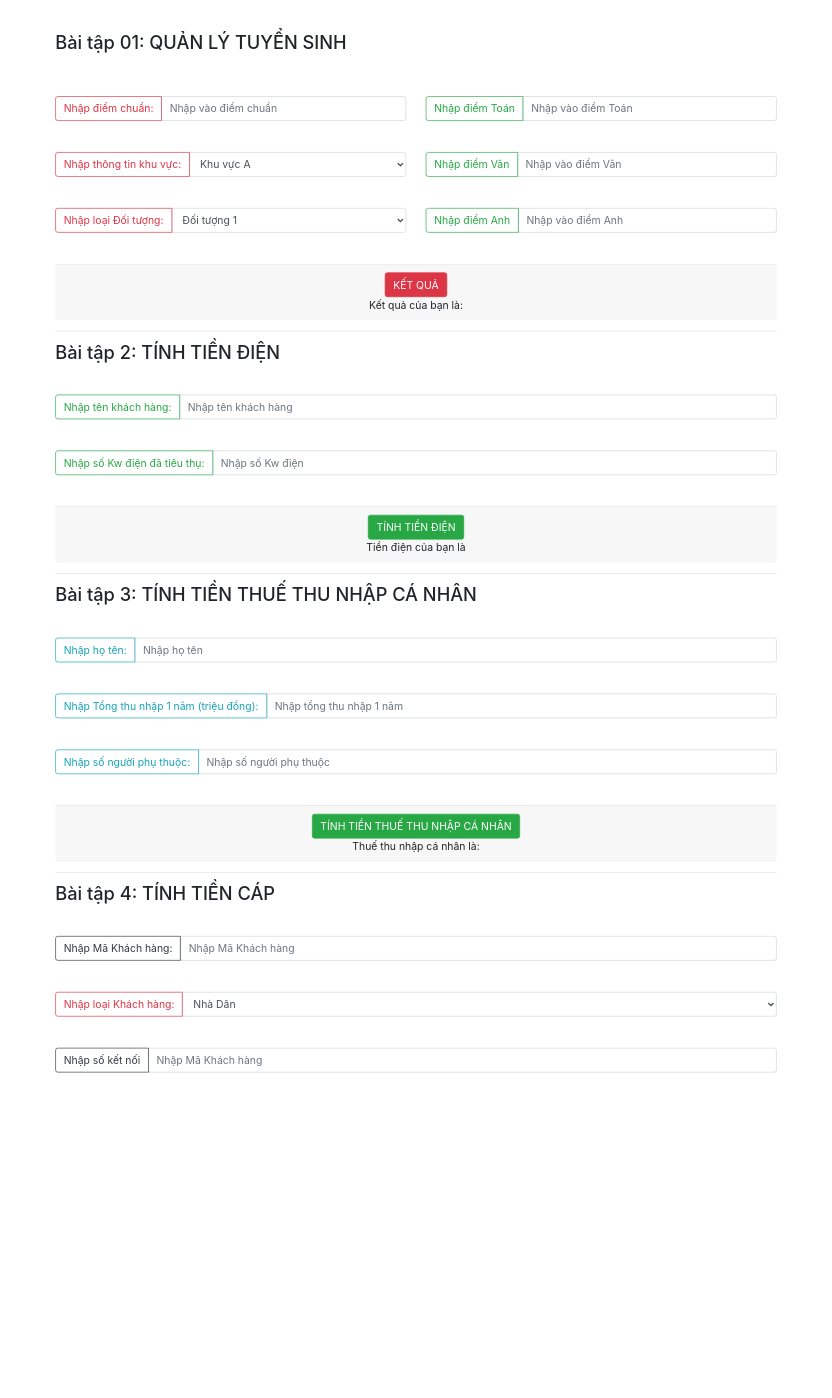
Repository: ducdatit2002/javascript-tinh-day15
Page: index.html
The author's editor kept a copy of each file at every save. The page is drawn from the files as they stood at one save, then again after a run of saves.
The browser window is 1280 px wide. The pictures show the whole page, at 65% of full size.

Above is the page before, as saved 2023-08-20 21:40:17.

### index.html
<!DOCTYPE html>
<html lang="en">
  <head>
    <title>HOMEWORK BUỔI 15 - JAVASCRIPT</title>
    <!-- Required meta tags -->
    <meta charset="utf-8" />
    <meta
      name="viewport"
      content="width=device-width, initial-scale=1, shrink-to-fit=no"
    />

    <!-- Bootstrap CSS -->
    <link
      rel="stylesheet"
      href="https://stackpath.bootstrapcdn.com/bootstrap/4.3.1/css/bootstrap.min.css"
      integrity="sha384-ggOyR0iXCbMQv3Xipma34MD+dH/1fQ784/j6cY/iJTQUOhcWr7x9JvoRxT2MZw1T"
      crossorigin="anonymous"
    />
  </head>
  <body>
    <div class="container" style="margin-bottom: 500px; margin-top: 50px">
      <div class="baiTap1">
        <h3>Bài tập 01: QUẢN LÝ TUYỂN SINH</h3>
        <div class="row mt-3">
          <div class="col-6">
            <div class="input-group mt-5">
              <div class="input-group-prepend">
                <button class="btn btn-outline-danger">Nhập điểm chuẩn:</button>
              </div>
              <input
                type="number"
                class="form-control"
                id="diemChuan"
                placeholder="Nhập vào điểm chuẩn"
              />
            </div>
            <div class="input-group mt-5">
              <div class="input-group-prepend">
                <button class="btn btn-outline-danger">
                  Nhập thông tin khu vực:
                </button>
              </div>
              <select id="khuVuc" class="form-control">
                <option value="A">Khu vực A</option>
                <option value="B">Khu vực B</option>
                <option value="C">Khu vực C</option>
              </select>
            </div>
            <div class="input-group mt-5">
              <div class="input-group-prepend">
                <button class="btn btn-outline-danger">
                  Nhập loại Đối tượng:
                </button>
              </div>
              <select id="doiTuong" class="form-control">
                <option value="1">Đối tượng 1</option>
                <option value="2">Đối tượng 2</option>
                <option value="3">Đối tượng 3</option>
              </select>
            </div>
          </div>
          <div class="col-6">
            <div class="input-group mt-5">
              <div class="input-group-prepend">
                <button class="btn btn-outline-success">Nhập điểm Toán</button>
              </div>
              <input
                type="number"
                class="form-control"
                id="diemToan"
                placeholder="Nhập vào điểm Toán"
              />
            </div>
            <div class="input-group mt-5">
              <div class="input-group-prepend">
                <button class="btn btn-outline-success">Nhập điểm Văn</button>
              </div>
              <input
                type="number"
                class="form-control"
                id="diemVan"
                placeholder="Nhập vào điểm Văn"
              />
            </div>
            <div class="input-group mt-5">
              <div class="input-group-prepend">
                <button class="btn btn-outline-success">Nhập điểm Anh</button>
              </div>
              <input
                type="number"
                class="form-control"
                id="diemAnh"
                placeholder="Nhập vào điểm Anh"
              />
            </div>
          </div>
        </div>
        <div class="card-footer text-center mt-5">
          <button id="btnKetQua" class="btn btn-danger">KẾT QUẢ</button>
          <br />
          <span id="ketQua" class="mt-2 display-5">Kết quả của bạn là: </span>
        </div>
      </div>
      <hr />
      <div class="baiTap2">
        <h3>Bài tập 2: TÍNH TIỀN ĐIỆN</h3>
        <div class="input-group mt-5">
          <div class="input-group-prepend">
            <button class="btn btn-outline-success">
              Nhập tên khách hàng:
            </button>
          </div>
          <input
            type="text"
            class="form-control"
            id="tenKhachHang"
            placeholder="Nhập tên khách hàng"
          />
        </div>
        <div class="input-group mt-5">
          <div class="input-group-prepend">
            <button class="btn btn-outline-success">
              Nhập số Kw điện đã tiêu thụ:
            </button>
          </div>
          <input
            type="number"
            class="form-control"
            id="SoKwTieuThu"
            placeholder="Nhập số Kw điện"
          />
        </div>
        <div class="card-footer text-center mt-5">
          <button id="btnTinhTienDien" class="btn btn-success">
            TÍNH TIỀN ĐIỆN
          </button>
          <br />
          <span id="TienDien" class="mt-2 display-5"
            >Tiền điện của bạn là
          </span>
        </div>
      </div>
      <hr />
      <div class="baiTap3">
        <h3>Bài tập 3: TÍNH TIỀN THUẾ THU NHẬP CÁ NHÂN</h3>
        <div class="input-group mt-5">
          <div class="input-group-prepend">
            <button class="btn btn-outline-info">Nhập họ tên:</button>
          </div>
          <input
            type="text"
            class="form-control"
            id="hoTen"
            placeholder="Nhập họ tên"
          />
        </div>
        <div class="input-group mt-5">
          <div class="input-group-prepend">
            <button class="btn btn-outline-info">
              Nhập Tổng thu nhập 1 năm (triệu đồng):
            </button>
          </div>
          <input
            type="number"
            class="form-control"
            id="tongThuNhapNam"
            placeholder="Nhập tổng thu nhập 1 năm"
          />
        </div>
        <div class="input-group mt-5">
          <div class="input-group-prepend">
            <button class="btn btn-outline-info">
              Nhập số người phụ thuộc:
            </button>
          </div>
          <input
            type="number"
            class="form-control"
            id="soNguoiPhuThuoc"
            placeholder="Nhập số người phụ thuộc"
          />
        </div>
        <div class="card-footer text-center mt-5">
          <button id="btnTinhTienThue" class="btn btn-success">
            TÍNH TIỀN THUẾ THU NHẬP CÁ NHÂN
          </button>
          <br />
          <span id="TienThue" class="mt-2 display-5"
            >Thuế thu nhập cá nhân là:
          </span>
        </div>
      </div>
      <hr />
      <div class="baiTap4">
        <h3>Bài tập 4: TÍNH TIỀN CÁP</h3>
        <div class="input-group mt-5">
          <div class="input-group-prepend">
            <button class="btn btn-outline-dark">Nhập Mã Khách hàng:</button>
          </div>
          <input
            type="text"
            class="form-control"
            id="maKhachHang"
            placeholder="Nhập Mã Khách hàng"
          />
        </div>
        <div class="input-group mt-5">
          <div class="input-group-prepend">
            <button class="btn btn-outline-danger">
              Nhập loại Khách hàng:
            </button>
          </div>
          <select id="loaiKhachHang" class="form-control">
            <option value="nhaDan">Nhà Dân</option>
            <option value="doanhNghiep">Doanh Nghiệp</option>
          </select>
        </div>
        <div class="input-group mt-5">
          <div class="input-group-prepend">
            <button class="btn btn-outline-dark">
              Nhập số kết nối
            </button>
          </div>
          <input
            type="number"
            class="form-control"
            id="maKhachHang"
            placeholder="Nhập Mã Khách hàng"/>
        </div>
      </div>
    </div>
    <!-- Optional JavaScript -->
    <!-- jQuery first, then Popper.js, then Bootstrap JS -->
    <script
      src="https://code.jquery.com/jquery-3.3.1.slim.min.js"
      integrity="sha384-q8i/X+965DzO0rT7abK41JStQIAqVgRVzpbzo5smXKp4YfRvH+8abtTE1Pi6jizo"
      crossorigin="anonymous"
    ></script>
    <script
      src="https://cdnjs.cloudflare.com/ajax/libs/popper.js/1.14.7/umd/popper.min.js"
      integrity="sha384-UO2eT0CpHqdSJQ6hJty5KVphtPhzWj9WO1clHTMGa3JDZwrnQq4sF86dIHNDz0W1"
      crossorigin="anonymous"
    ></script>
    <script
      src="https://stackpath.bootstrapcdn.com/bootstrap/4.3.1/js/bootstrap.min.js"
      integrity="sha384-JjSmVgyd0p3pXB1rRibZUAYoIIy6OrQ6VrjIEaFf/nJGzIxFDsf4x0xIM+B07jRM"
      crossorigin="anonymous"
    ></script>
    <script src="./index.js"></script>
  </body>
</html>

### index.js
// Bài tập 1: QUẢN LÝ TUYỂN SINH
document.getElementById("btnKetQua").onclick = function () {
  // Input: điểm Toán, điểm Lý, điểm Hoá, điểm chuẩn, khu vực, đối tượng
  // Lưu ý: Dữ liệu người dùng nhập mặc định là chuỗi
  var diemChuan = parseFloat(document.getElementById("diemChuan").value);
  var diemToan = parseFloat(document.getElementById("diemToan").value);
  var diemVan = parseFloat(document.getElementById("diemVan").value);
  var diemAnh = parseFloat(document.getElementById("diemAnh").value);
  var khuVuc = document.getElementById("khuVuc").value;
  var doiTuong = parseInt(document.getElementById("doiTuong").value);

  var diemUuTien = 0;

  // Tính điểm ưu tiên khu vực
  switch (khuVuc) {
    case "A":
      diemUuTien += 2;
      break;
    case "B":
      diemUuTien += 1;
      break;
    case "C":
      diemUuTien += 0.5;
      break;
  }

  // Tính điểm ưu tiên đối tượng
  switch (doiTuong) {
    case 1:
      diemUuTien += 2.5;
      break;
    case 2:
      diemUuTien += 1.5;
      break;
    case 3:
      diemUuTien += 1;
      break;
  }

  // Tính điểm tổng kết
  var diemTongKet = diemToan + diemVan + diemAnh + diemUuTien;

  var ketQuaText = "";
  if (
    diemTongKet >= diemChuan &&
    diemToan !== 0 &&
    diemVan !== 0 &&
    diemAnh !== 0
  ) {
    ketQuaText = "Thí sinh trúng tuyển với số điểm đạt được: " + diemTongKet;
  } else {
    ketQuaText =
      "Thí sinh không trúng tuyển với số điểm đạt được: " + diemTongKet;
  }

  document.getElementById("ketQua").innerText = ketQuaText;
};

//BÀI TẬP 2: TÍNH TIỀN ĐIỆN
document.getElementById("btnTinhTienDien").onclick = function () {
  var tenKhachHang = document.getElementById("tenKhachHang").value;
  var soKwTieuThu = parseFloat(document.getElementById("SoKwTieuThu").value);

  var giaDien = 0;
  if (soKwTieuThu <= 50) {
    giaDien = soKwTieuThu * 500;
  } else if (soKwTieuThu <= 100) {
    giaDien = 50 * 500 + (soKwTieuThu - 50) * 650;
  } else if (soKwTieuThu <= 150) {
    giaDien = 50 * 500 + 50 * 650 + (soKwTieuThu - 100) * 850;
  } else {
    giaDien = 50 * 500 + 50 * 650 + 50 * 850 + (soKwTieuThu - 150) * 1100;
  }

  var tienDienHTML =
    "Tiền điện của khách hàng " + tenKhachHang + " là: " + giaDien + " đồng.";

  document.getElementById("TienDien").textContent = tienDienHTML;
};

//BÀI TẬP 3: TÍNH TIỀN THUẾ THU NHẬP CÁ NHÂN
document.getElementById("btnTinhTienThue").onclick = function () {
  var hoTen = document.getElementById("hoTen").value;
  var tongThuNhapNam = parseFloat(
    document.getElementById("tongThuNhapNam").value
  );
  var soNguoiPhuThuoc = parseInt(
    document.getElementById("soNguoiPhuThuoc").value
  );

  var thuNhapChiuThue = tongThuNhapNam - 4 - soNguoiPhuThuoc * 1.6;

  var thueSuat = 0;
  var tienThue = 0;

  if (thuNhapChiuThue <= 60) {
    thueSuat = 5;
  } else if (thuNhapChiuThue <= 120) {
    thueSuat = 10;
  } else if (thuNhapChiuThue <= 210) {
    thueSuat = 15;
  } else if (thuNhapChiuThue <= 384) {
    thueSuat = 20;
  } else if (thuNhapChiuThue <= 624) {
    thueSuat = 25;
  } else {
    thueSuat = 30;
  }

  tienThue = (thuNhapChiuThue * thueSuat) / 100;

  var ketQuaHTML =
    "Thuế thu nhập cá nhân của " +
    hoTen +
    " là: " +
    tienThue.toFixed(2) +
    " triệu đồng.";
  document.getElementById("TienThue").innerHTML = ketQuaHTML;
};
//BÀI TẬP 4: TÍNH TIỀN CÁP

After the next 2 saves:
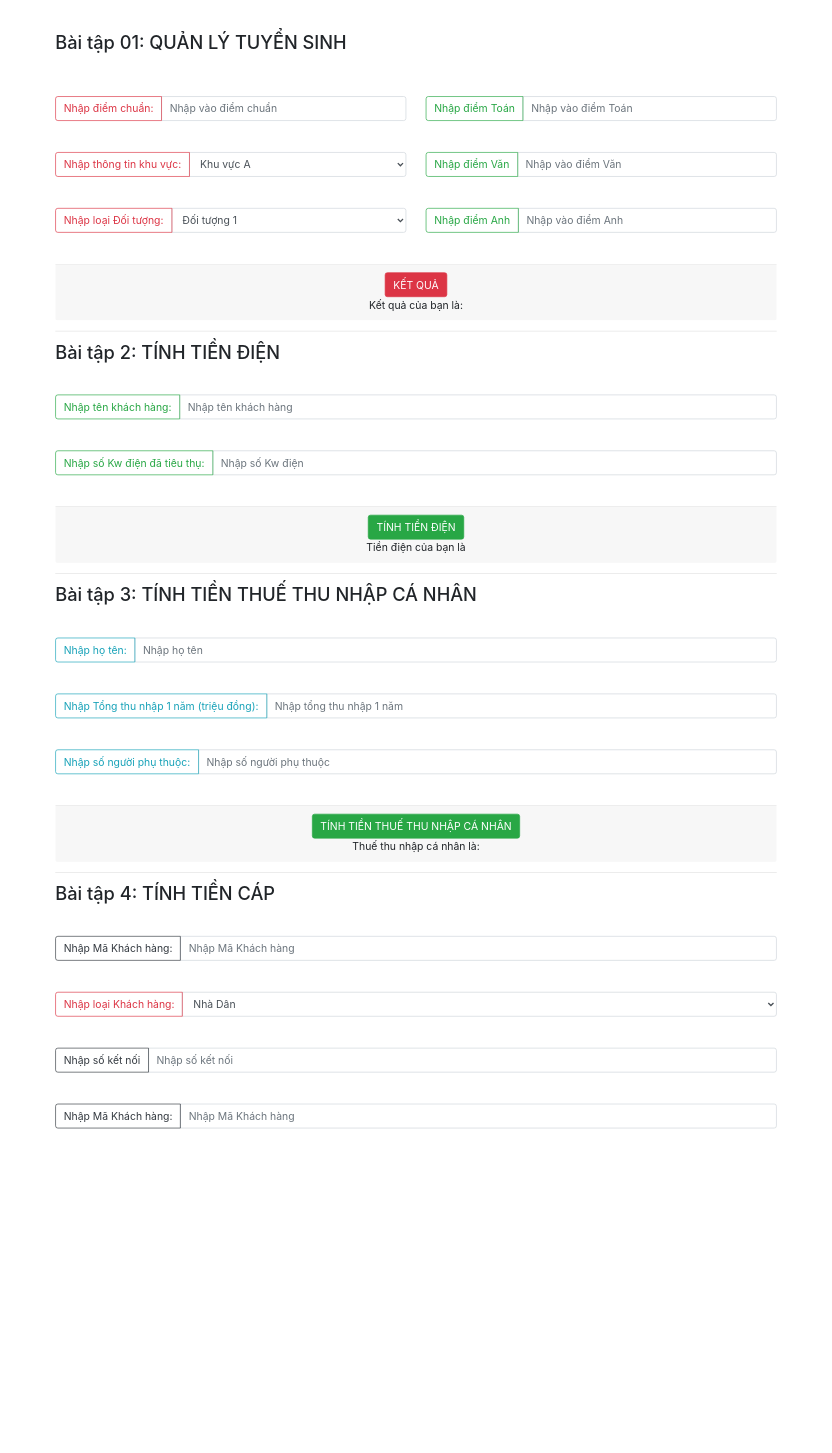
The 2 saves are shown as one change because they came seconds apart.
The last was saved 8 s later.
--- a/index.html
+++ b/index.html
@@ -225,6 +225,18 @@
             type="number"
             class="form-control"
             id="maKhachHang"
+            placeholder="Nhập số kết nối"/>
+        </div>
+        <div class="input-group mt-5">
+          <div class="input-group-prepend">
+            <button class="btn btn-outline-dark">
+              Nhập Mã Khách hàng:
+            </button>
+          </div>
+          <input
+            type="text"
+            class="form-control"
+            id="maKhachHang"
             placeholder="Nhập Mã Khách hàng"/>
         </div>
       </div>
